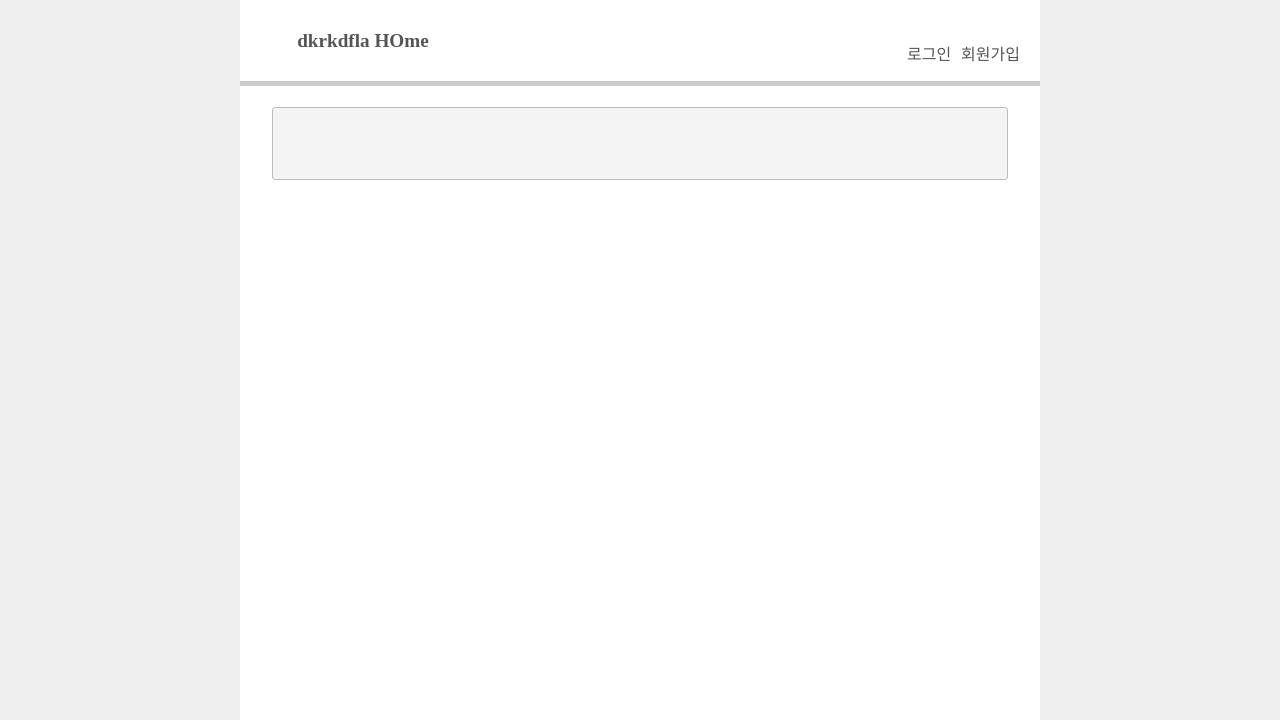
Repository: Dusajang/JSPClass
Page: http://localhost/jspPro/days04/ex01.jsp
The author's editor kept a copy of each file at every save. The page is drawn from the files as they stood at one save, then again after the next save.
The browser window is 1280 px wide. The pictures show the whole page.
Some web fonts or font styles are not loaded; a fallback is used. The page is served by Tomcat 9.

Above is the page before, as saved 2024-10-18 00:01:05.

After the next save:
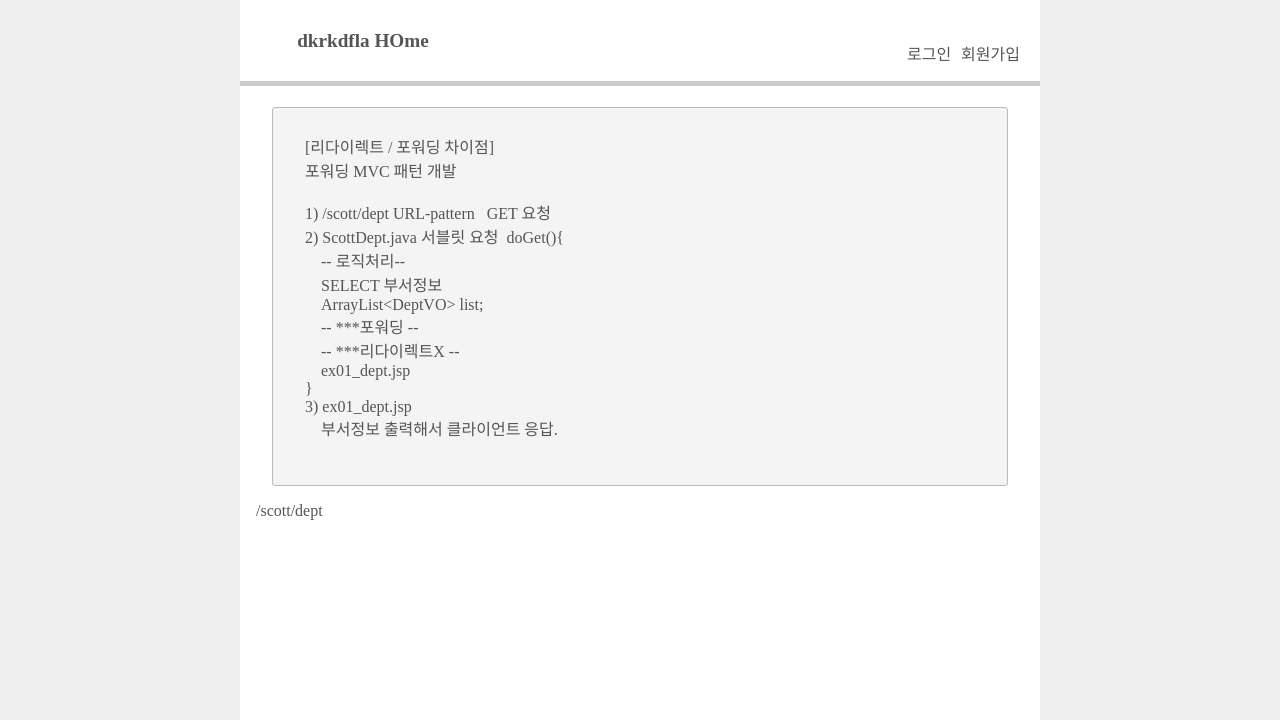
Saved 9 min 25 s later.
--- a/jspPro/src/main/webapp/days04/ex01.jsp
+++ b/jspPro/src/main/webapp/days04/ex01.jsp
@@ -26,8 +26,24 @@
 </header>
 <div>
   <xmp class="code">
+    [리다이렉트 / 포워딩 차이점]
+    포워딩 MVC 패턴 개발
+
+    1) /scott/dept URL-pattern   GET 요청
+    2) ScottDept.java 서블릿 요청  doGet(){
+    	-- 로직처리--
+    	SELECT 부서정보
+    	ArrayList<DeptVO> list;
+    	-- ***포워딩 --
+    	-- ***리다이렉트X --
+    	ex01_dept.jsp
+    }
+    3) ex01_dept.jsp
+    	부서정보 출력해서 클라이언트 응답.
 
   </xmp>
+
+  <a href="/scott/dept">/scott/dept</a>
 </div>
 </body>
 </html>
